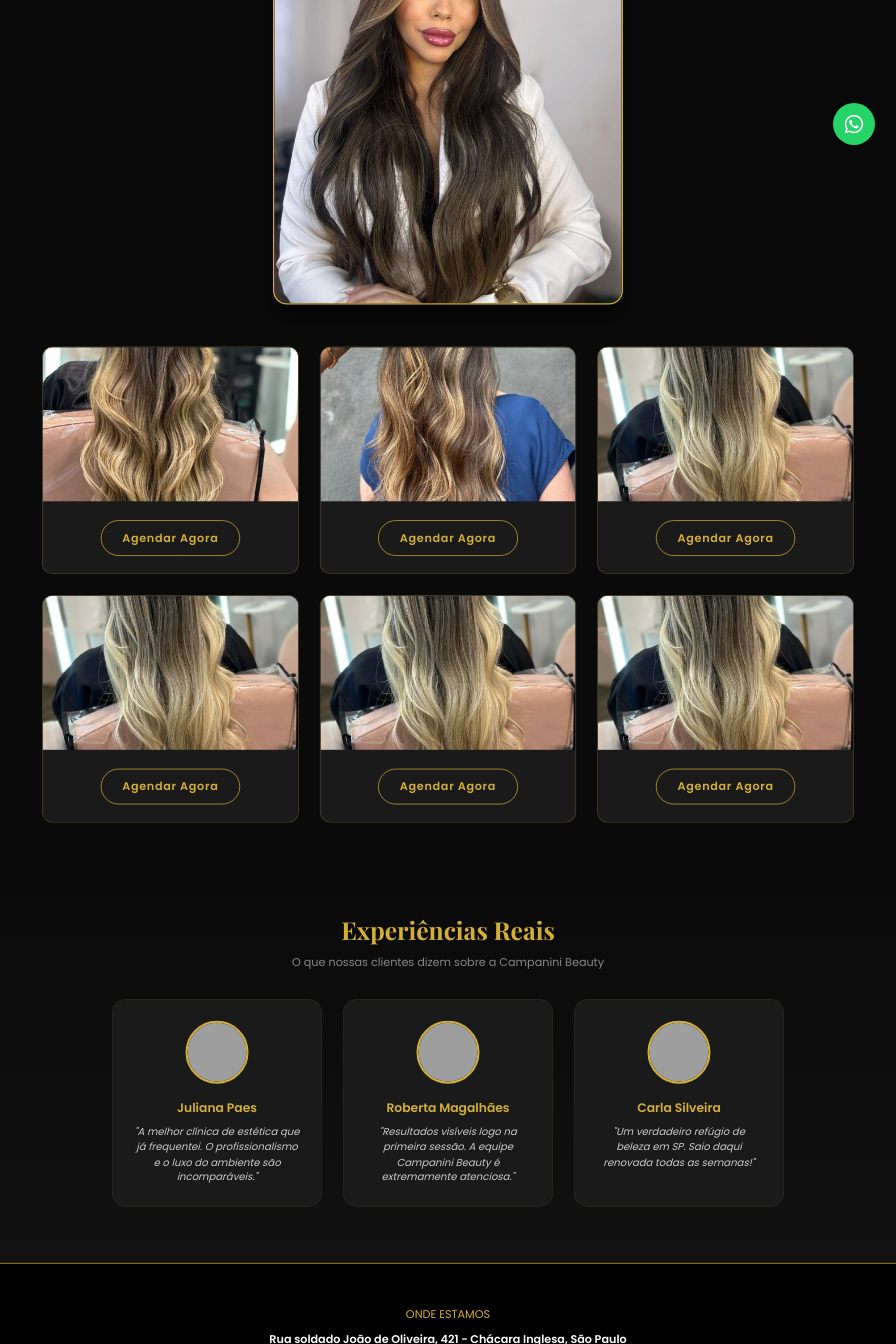
Repository: Sandro1969-tech/campanini-beauty
Page: index.html
The author's editor kept a copy of each file at every save. The page is drawn from the files as they stood at one save, then again after the next save.
The browser window is 1280 px wide. The pictures show the part of the page from y = 483 to 2403 px (the page is 2941 px tall), at 70% of full size.
Pictures or frames that could not be fetched are drawn as grey boxes.

Above is the page before, as saved 2026-02-17 19:42:43.

After the next save:
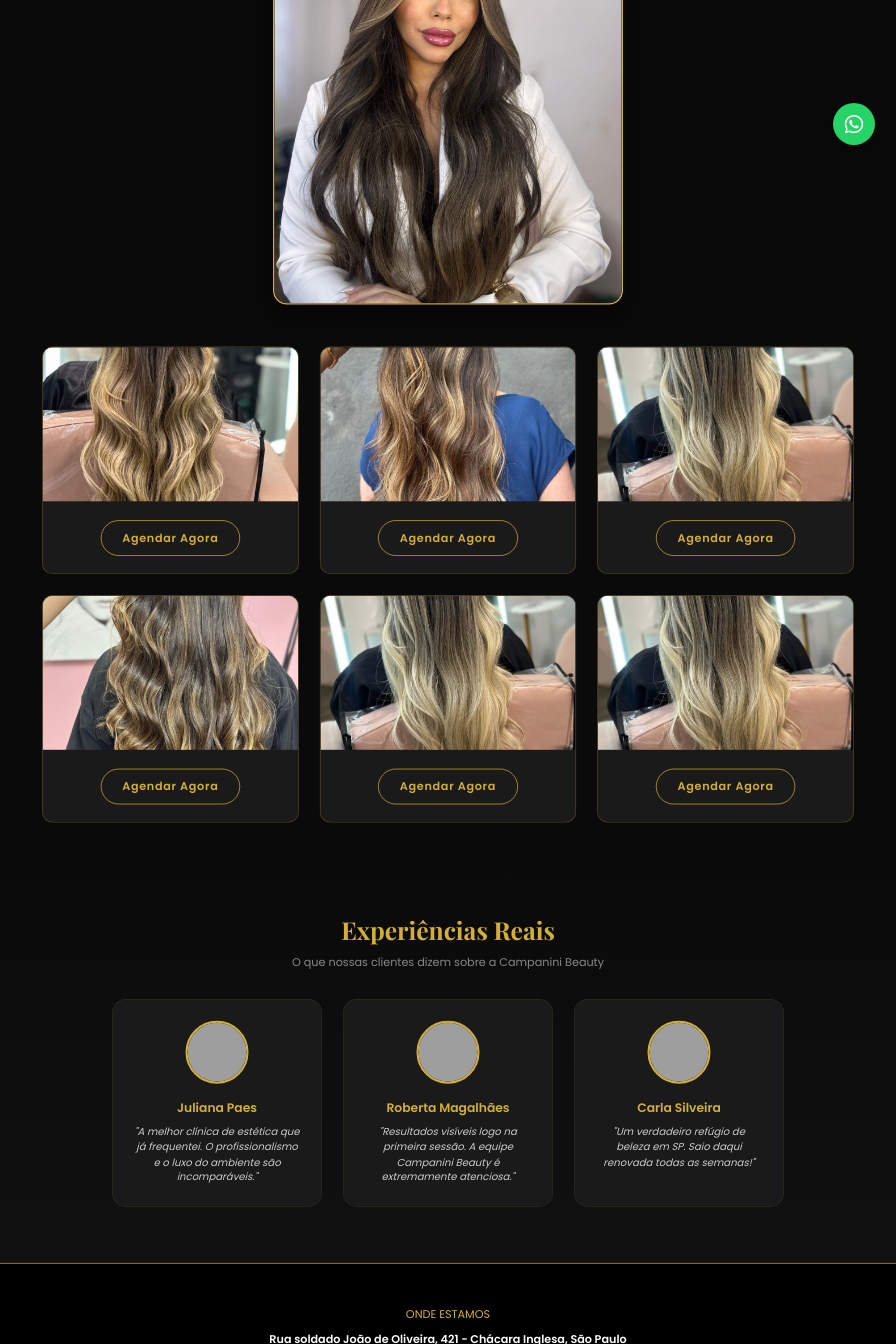
Saved 53 s later.
--- a/index.html
+++ b/index.html
@@ -214,7 +214,7 @@
                 <a href="#" class="btn-booking">Agendar Agora</a>
             </div>
                         <div class="card">
-                <img src="assets/image/imagem3.jpg" alt="Procedimento">
+                <img src="assets/image/imagem4.jpg" alt="Procedimento">
                 <a href="#" class="btn-booking">Agendar Agora</a>
             </div>
             <div class="card">
